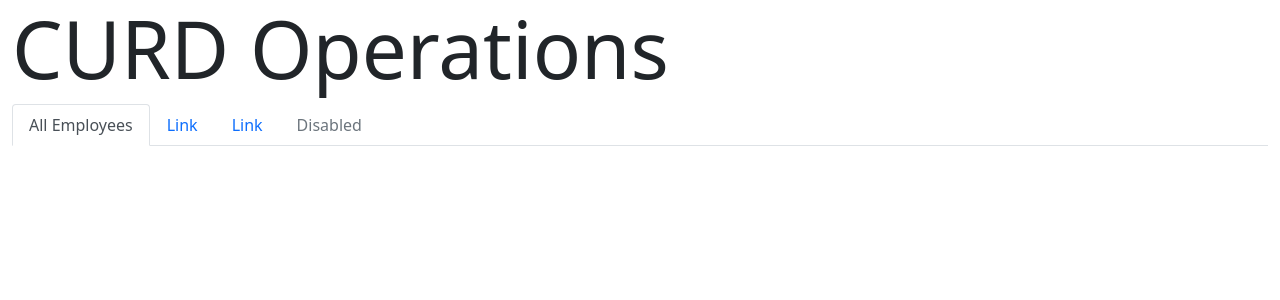
Repository: code8sam/SpringAndSpringBoot
Page: http://localhost/curdoperationsusingmvc/employee/display
These files come from the project's save history. The page is drawn as it stood at one moment and after a run of saves; the edit follows.
The browser window is 1280 px wide. The pictures show the whole page.
The page is served by Tomcat 9.

Above is the page before, as saved 2022-04-07 11:56:37.

After the next 2 saves:
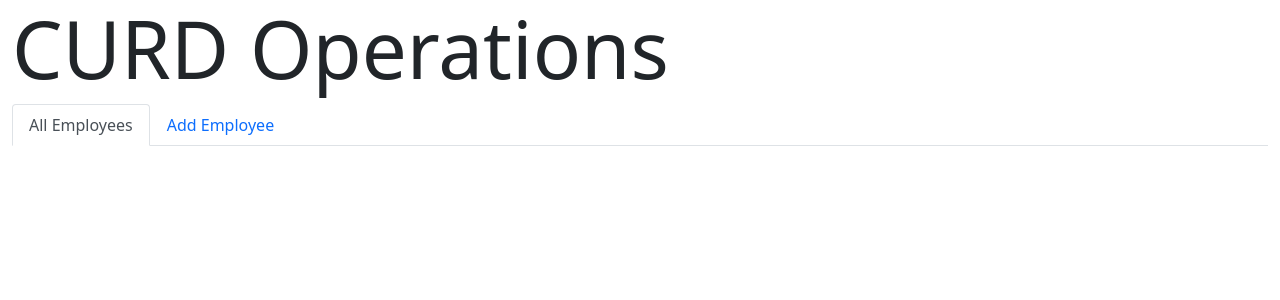
The 2 saves are shown as one change because they came seconds apart.
The last was saved 19 s later.
--- a/springs/HESE7/curdoperationsusingmvc/src/main/webapp/WEB-INF/views/displayAllEmployees.jsp
+++ b/springs/HESE7/curdoperationsusingmvc/src/main/webapp/WEB-INF/views/displayAllEmployees.jsp
@@ -23,9 +23,7 @@
 		<ul class="nav nav-tabs">
 			<li class="nav-item"><a class="nav-link active"
 				aria-current="page" href="#">All Employees</a></li>
-			<li class="nav-item"><a class="nav-link" href="#">Link</a></li>
-			<li class="nav-item"><a class="nav-link" href="#">Link</a></li>
-			<li class="nav-item"><a class="nav-link disabled">Disabled</a></li>
+			<li class="nav-item"><a class="nav-link" href="#">Add Employee</a></li>
 		</ul>
 	</div>
 </body>
